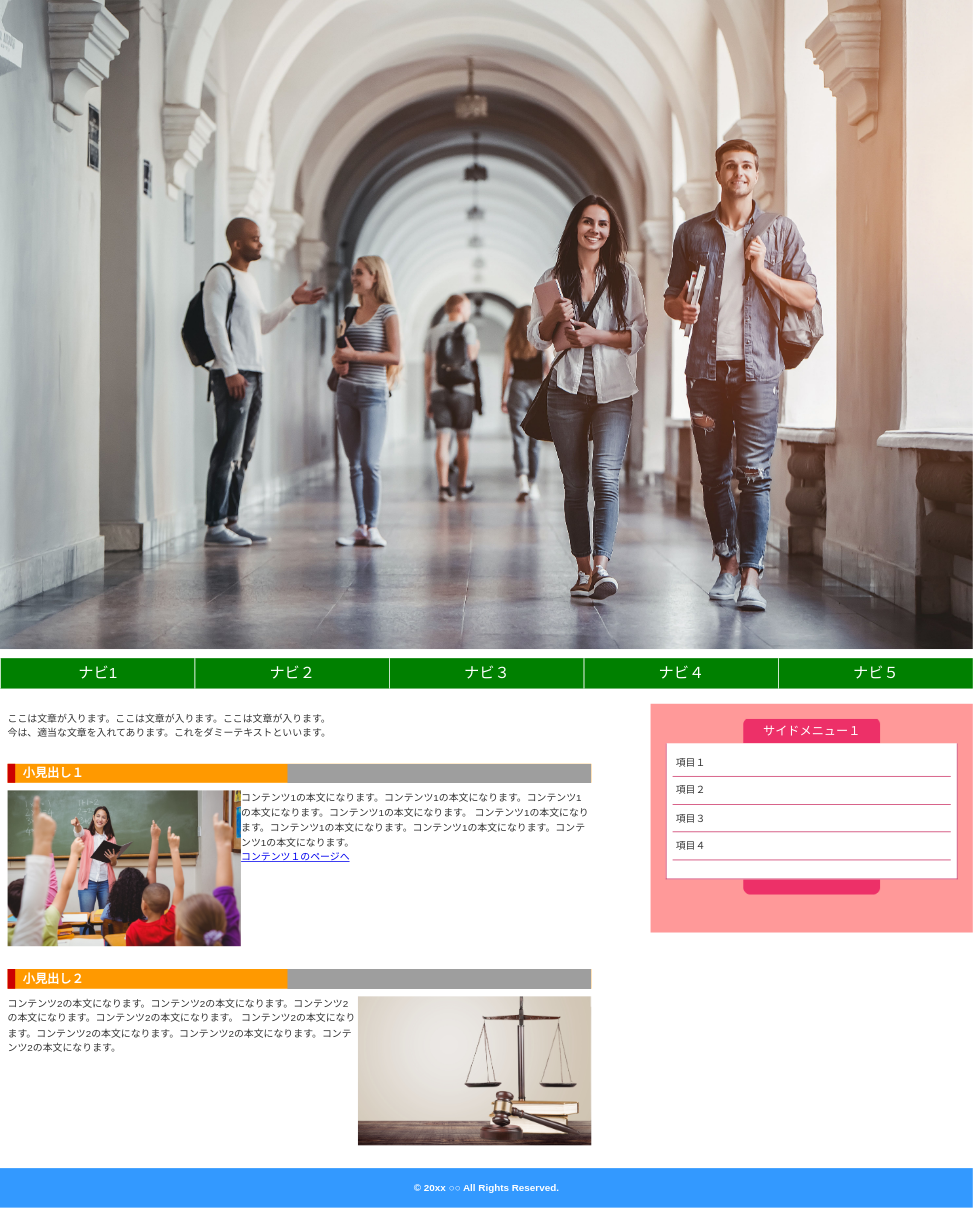
Repository: daichi-python/samurai_HTML_CSS
Page: HTML_lesson/home.html
The author's editor kept a record of every edit. The page is drawn from the files as they stood at one moment, then again after the next edit.
The browser window is 1280 px wide. The pictures show the whole page, at 76% of full size.
Pictures or frames that could not be fetched are drawn as grey boxes.

Above is the page before.

### HTML_lesson/home.html
<!DOCTYPE html>
<html lang="en">
<head>
    <meta charset="UTF-8">
    <title>HTML/CSSの学習</title>
    <link rel="stylesheet" href="stylesheet.css">
</head>
<body>
    <div id="header">
        <h1><a href="index.html"><img id="corridor" src="images/corridor.jpg" alt="大学の廊下"></a></h1>
    </div>
    <div id="wrapper">
        <div id="nav">
            <ul>
                <li><a href="home.html">ナビ1</a></li>
                <li><a href="#">ナビ２</a></li>
                <li><a href="#">ナビ３</a></li>
                <li><a href="#">ナビ４</a></li>
                <li><a href="#">ナビ５</a></li>
            </ul>
        </div>
        <div id="container">
            <div id="main">
                <div class="post">
                    <p>ここは文章が入ります。ここは文章が入ります。ここは文章が入ります。<br />今は、適当な文章を入れてあります。これをダミーテキストといいます。</p>
                </div>
                <div class="post clearfix">
                    <h2>小見出し１</h2>
                    <img class="left" src="images/classroom.jpg" alt="授業風景">
                    <p>
                        コンテンツ1の本文になります。コンテンツ1の本文になります。コンテンツ1の本文になります。コンテンツ1の本文になります。
                        コンテンツ1の本文になります。コンテンツ1の本文になります。コンテンツ1の本文になります。コンテンツ1の本文になります。
                    </p>
                    <p><a href="#">コンテンツ１のページへ</a></p>
                </div>
                <div class="post clearfix">
                    <h2>小見出し２</h2>
                    <img class="right" src="images/scale.jpg" alt="天秤">
                    <p>
                        コンテンツ2の本文になります。コンテンツ2の本文になります。コンテンツ2の本文になります。コンテンツ2の本文になります。
                        コンテンツ2の本文になります。コンテンツ2の本文になります。コンテンツ2の本文になります。コンテンツ2の本文になります。
                    </p>
                </div>
            </div>
            <div id="side">
                <div class="box">
                    <h2>サイドメニュー１</h2>
                    <div class="boxBody">
                        <ul>
                            <li>項目１</li>
                            <li>項目２</li>
                            <li>項目３</li>
                            <li>項目４</li>
                        </ul>
                    </div>
                </div>
            </div>
        </div>
    </div>
    <div id="footer">
        <p>&copy; 20xx ○○ All Rights Reserved.</p>
    </div>
</body>
</html>

### HTML_lesson/stylesheet.css
@charset "utf-8";

body {
    margin: 0;
    padding: 0;
    font-family: "ヒラギノ角ゴ Pro W3", "Hiragino Kaku Gothic Pro", "メイリオ", Meiryo, Osaka, "ＭＳ Ｐゴシック", "MS PGothic", sans-serif;
    color: #333;
    font-size: 13px;
    line-height: 150%;
}

#wrapper {
    width: 100%;
    margin: auto;
    padding: 0px;
    border: 0px;
    background-color: #FFF;
    top: 10px;
    position: relative;
}

#header {
    width: 100%;
}

#header h1 {
    margin: 0px;
    padding: 0px;
}

#corridor {
    width: 100%;
    height: auto;
}

#footer {
    clear: both;
    width: 100%;
    padding: 3px 0 3px 0;
    background-color: #39F;
    color: #FFF;
    font-weight: bold;
    text-align: center;
}

#nav {
    width: 100%;
}

#nav ul {
    margin: 0;
    padding: 0;
    list-style-type: none;
}

#nav ul li {
    float: left;
    width: 20%;
    text-align: center;
}

#nav ul li a {
    display: block;
    height: 20px;
    margin: 0;
    padding: 10px;
    color: #FFF;
    font-size: 20px;
    text-decoration: none;
    background-color: green;
    border-left: 1px solid white;
}

#nav ul li a:hover {
    filter: drop-shadow(10px 10px 10px black);
}

#container {
    width: 100%;
    margin: auto;
    padding-top: 20px;
    clear: both;
}

#main {
    float: left;
    width: 60%;
    padding: 10px 30px 10px 10px;
}

#main h2 {
    margin: 0 0 10px 0;
    padding: 3px 10px 3px 10px;
    color: #FFF;
    font-size: 16px;
    border-left: solid 10px #C00;
    background: #F90 url(../images/main_h2.jpg) right top repeat-y;
}

#main p {
    margin: 0;
    padding: 0;
}

#main .post {
    margin: 0 0 30px 0;
}

#main .post img .right {
    margin: 0 0 0 8px;
}

#main .post img .left {
    margin: 0 8px 0 0;
}

.right {
    float: right;
    width: 40%;
    height: auto;
}

.left {
    float: left;
    width: 40%;
    height: auto;
}

.clearfix {
    zoom: 1;
}

.clearfix:after {
    content: "";
    display: block;
    clear: both;
}

#side {
    float: right;
    width: 30%;
    padding: 20px;
    background-color: #F99;
}

#side .box {
    margin: 0 auto 30px auto;
    padding: 0 0 20px 0;
    background: url(images/side_box.png) bottom no-repeat;
}

#side .box h2 {
    margin: 0;
    padding: 8px;
    text-align: center;
    color: #fff;
    font-size: 16px;
    line-height: 16px;
    font-weight: normal;
    background: url(images/side_box_h2.png) center no-repeat;
}

#side .box .boxBody {
    padding: 8px;
    border-right: solid 1px #C36;
    border-bottom: solid 1px #C36;
    border-left: solid 1px #C36;
    background: #fff;
}

#side .box .boxBody ul {
    margin: 0 0 16px 0;
    padding: 0;
}

#side .box .boxBody ul li {
    padding: 8px 0 8px 4px;
    list-style: none;
    border-bottom: solid 1px #C36;
}

After the next edit:
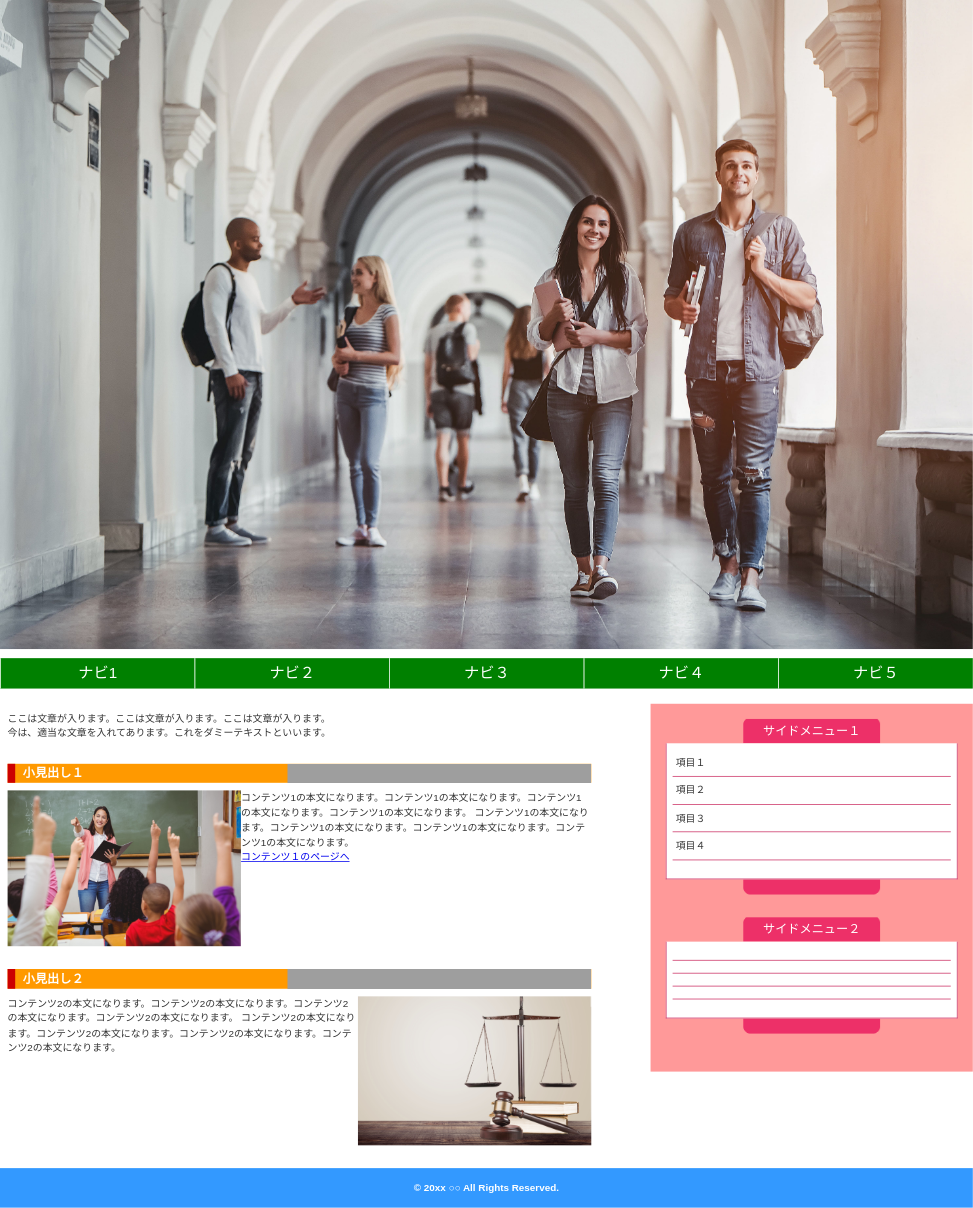
The edit:
--- a/HTML_lesson/home.html
+++ b/HTML_lesson/home.html
@@ -54,6 +54,17 @@
                         </ul>
                     </div>
                 </div>
+                <div class="box">
+                    <h2>サイドメニュー２</h2>
+                    <div class="boxBody">
+                        <ul>
+                            <li></li>
+                            <li></li>
+                            <li></li>
+                            <li></li>
+                        </ul>
+                    </div>
+                </div>
             </div>
         </div>
     </div>
